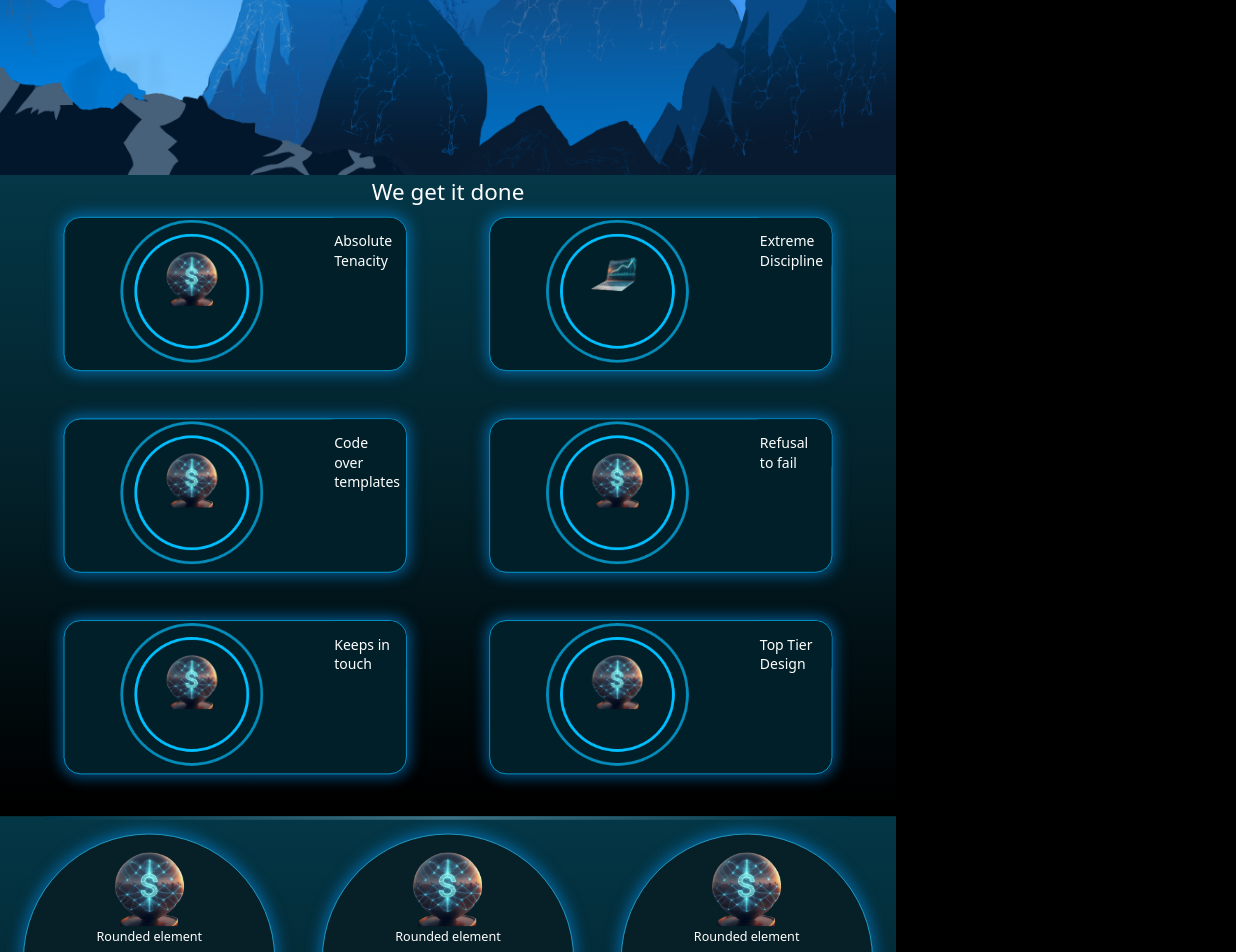
Repository: TMuse333/q3-desings2
Page: /
These files come from the project's save history. The page is drawn as it stood at one moment and after the next save; the edit follows.
The browser window is 1280 px wide. The page is 1766 px wide, so the pictures cover 1766 px, including what lies to the right of the window. The pictures show the part of the page from y = 470 to 1830 px (the page is 2990 px tall before and 2094 px after), at 70% of full size.
The project was rebuilt for these pictures with package versions that can differ from the ones it lists, and the page was loaded fresh each time. Also part of the build but not shown: vite.config.ts.

Above is the page before, as saved 2024-05-11 14:19:41.

### src/main.tsx
import React from 'react'
import ReactDOM from 'react-dom/client'
import App from './App.js'
import './index.css'
import {ContextProvider} from './context/context'

ReactDOM.createRoot(document.getElementById('root')!).render(
  <ContextProvider>
  <React.StrictMode>
    <App />
  </React.StrictMode>
  </ContextProvider>,
)

### src/App.tsx


import './App.css'

import Homepage from './components/homepage/homepage'

function App() {


  return (
    <>
<Homepage/>
    </>
  )
}

export default App

### src/index.css
@tailwind base;
@tailwind components;
@tailwind utilities;

#root{
    background-color: black;
    height:100vh;
}

body{
    background-color: black;
}

button{
    padding:0.5rem 2rem;
    background-color: black;
    color:white;
    border-radius: 1rem;
}

h1{
    color:white;
    font-size: 2rem;
}

p{
    color:white;
    /* font-size: 1.5rem; */
}

button{
    background-color: #00769e;
}

.glow {
    box-shadow: 0 0 20px 5px #3e7384;
    box-shadow: 0 0 20px 5px #003647;
box-shadow: 0 0 20px 5px rgba(2, 148, 245, 0.5);
}

.glow:hover{
    box-shadow: 0 0 40px 5px rgba(2, 148, 245, 0.5);
}

### src/context/context.tsx
import React, { createContext, useState, useContext, ReactNode, useEffect } from 'react';

// Define the type for the context value
interface GeneralContextType {
  textYPosition: number;
  setTextYPosition: React.Dispatch<React.SetStateAction<number>>;
  isMobile: boolean;
  setIsMobile: React.Dispatch<React.SetStateAction<boolean>>;
  setSecondCircleComplete:React.Dispatch<React.SetStateAction<boolean[]>>;
  secondCircleComplete: boolean[];
  isMobile2: boolean;
  setIsMobile2: React.Dispatch<React.SetStateAction<boolean>>;
  handleCircleComplete: (index: number, value: boolean) => void;
}

// Create the context
export const GeneralContext = createContext<GeneralContextType | undefined>(undefined);

// Create a provider component
export const ContextProvider: React.FC<{ children: ReactNode }> = ({ children }) => {
  // Initialize the value state
  const [textYPosition, setTextYPosition] = useState<number>(0);

  // Detect mobile devices
  const [isMobile, setIsMobile] = useState<boolean>(window.innerWidth <= 655);

  const [isMobile2, setIsMobile2] = useState<boolean>(window.innerWidth <= 655);

  const [secondCircleComplete, setSecondCircleComplete] = useState<boolean[]>(
    Array.from({ length: 7 }, () => false)
  );

  const handleCircleComplete = (index: number, value: boolean) => {
    setSecondCircleComplete((prev) => {
      const newState = [...prev]; // Create a copy of the previous state array
      newState[index] = value; // Update the value at the specified index
      return newState; // Return the new state array
    });
  };



  useEffect(() => {
    const handleScroll = () => {
      setIsMobile(window.innerWidth <= 655);
    };
    window.addEventListener('scroll', handleScroll);
    handleScroll();

    return () => {
      window.removeEventListener('scroll', handleScroll);
    };
  }, []);

  useEffect(() => {
    const handleScroll = () => {
      setIsMobile2(window.innerWidth <= 400);
    };
    window.addEventListener('scroll', handleScroll);
    handleScroll();

    return () => {
      window.removeEventListener('scroll', handleScroll);
    };
  }, []);

  useEffect(() => {
    console.log('is mobile', isMobile);
  }, [isMobile]);

  const contextValue = {
    textYPosition,
    setTextYPosition,
    isMobile,
    setIsMobile,
    secondCircleComplete,
    setSecondCircleComplete,
    isMobile2,
    setIsMobile2,
    handleCircleComplete
  };

  return <GeneralContext.Provider value={contextValue}>{children}</GeneralContext.Provider>;
};

export const useGeneralContext = (): GeneralContextType => {
  const context = useContext(GeneralContext);
  if (!context) {
    throw new Error('useGeneralContext must be used within a ContextProvider');
  }
  return context;
};

### src/App.css
#root {
  max-width: 1280px;
  margin: 0 auto;
  padding: 2rem;
  text-align: center;
}

.logo {
  height: 6em;
  padding: 1.5em;
  will-change: filter;
  transition: filter 300ms;
}
.logo:hover {
  filter: drop-shadow(0 0 2em #646cffaa);
}
.logo.react:hover {
  filter: drop-shadow(0 0 2em #61dafbaa);
}

.h1{
  color:red;
}

@keyframes logo-spin {
  from {
    transform: rotate(0deg);
  }
  to {
    transform: rotate(360deg);
  }
}

@media (prefers-reduced-motion: no-preference) {
  a:nth-of-type(2) .logo {
    animation: logo-spin infinite 20s linear;
  }
}

.card {
  padding: 2em;
}

.read-the-docs {
  color: #888;
}

### src/components/homepage/homepage.tsx
import React from "react";
import { CircleInfoGraphic } from "../circleInfographic/circleInfoGraphic";
import Content from "../content/content";
import q3 from '../../media/q3-visuals-logo-2.png'
import TextFormat from "../textFormat/textFormat";

// import { TextParallaxContentExample } from "../parallaxText/parallaxText";
import MultiLayerParallax from "../mountainParallax/mountainParallax";
import ParticlesComponent from "../particles/particles";
import nobgLaptop from '../../media/Gemini_Generated_Image_r055a1r055a1r055-removebg-preview.png'
import moneyBall from '../../media/futuristic-money-ball-removebg-preview.png'
import { description1 } from "../../data/data";
import AlternatingText from "../alternatingText/alternatingText";

import CircleList from "../circleListElement/circleList";
import Carousel from "../carousel/carousel";


const Homepage: React.FC = () => {

    const images = [
        moneyBall,
        nobgLaptop,
        q3
    ]


    // useEffect(() => {
    //     const loadTime = window.performance.timing.loadEventEnd - window.performance.timing.navigationStart;
    //     console.log('Page load time:', loadTime, 'milliseconds');
    // }, []);



    return (
        <section className="absolute top-0 left-0 w-screen">


            {/* <ParticlesComponent/> */}
            <MultiLayerParallax/>

            {/* <TextParallaxContentExample/> */}

            {/* <Content
            mainTitle='Your digital presence is important'
            image={nobgLaptop}
            customText={null}
            reverse={true}
            description={description1}
            floatingImage={true}
            hasAnimation={true}
            />

            <AlternatingText/>

            <Content
            mainTitle='Benefits of a website'
            image={moneyBall}
            customText={<TextFormat
            isAnimated={true}
            reverse={false}/>}
            reverse={false}
            description={null}
            floatingImage={true}
            hasAnimation={true}

            /> */}



<div className="relative bg-gradient-to-b from-[#043747] via-[#032029] to-transparent w-screen">
<CircleList/>
</div>

<div className="relative bg-gradient-to-b from-[#043747] via-[#032029] to-transparent w-screen">

<CircleInfoGraphic/>
</div>


<Carousel images={images}

/>




        </section>
    )
}


export default Homepage

### src/components/circleInfographic/circleInfoGraphic.tsx
import React, {useState,useRef } from "react";
import ball from '../../media/futuristic-money-ball-removebg-preview.png'
import { motion,Variants} from 'framer-motion'
import useIntersectionObserver from "../intersectionObserver/intersectionObserver";
interface CircleProps {
    image:string
}

const CircleElement: React.FC<CircleProps> = ({image}) => {

    const [inView, setInView] = useState<boolean>(false)

    const options = {
        root: null,
        rootMargin: '-25px',
        threshold: 1,
    };

    // Apply intersection observer hook to detect when the component is in view
    const componentRef = useIntersectionObserver(setInView, options);

    const circleVariants:Variants =  {
        initial:{
            opacity:0,
            y:-60
        },
        animate:{
            opacity:1,
            y:0
        }
    }

    return (
        <motion.section
        ref={componentRef}
        variants={circleVariants}
        initial='initial'
        animate={inView ? 'animate' : 'initial'}
         className={`mt-5 mb-5
        rounded-full bg-[#071f26] hover:bg-[#0e3a47]
        mr-auto ml-auto transition-all
        h-[95vw] w-[95vw] border border-[#2dc0eb]
        flex flex-col  shadow-xl max-w-[360px]
        max-h-[360px]
        sm:w-[48vw] sm:h-[48vw]
        lg:w-[32vw] lg:h-[32vw]
        ${inView ? 'glow' : ''}`}>

            <div className="mt-4">
            <img className="w-[35vw]
            max-w-[115px] max-h-[115px] h-[35vw]
            sm:w-[10vw] sm:h-[10vw] object-cover
            mr-auto ml-auto"
            src={image}
            />
            <h1 className="text-3xl sm:text-lm lg:text-lg ">Rounded element</h1>
            <p className=" ml-auto mr-auto text-sm sm:text-xs pr-5 pl-5 pt-2">Lorem ipsum dolor sit amet consectetur, adipisicing elit. Labore, cum vel! Numquam illo ex odio debitis dolore deserunt, iste odit omnis architecto ipsa voluptates at autem consectetur quam, alias delectus!</p>
            </div>
        </motion.section>
    )
}


export const CircleInfoGraphic = () => {

    return (
        <>
          <div className="mt-5
        w-[90vw] h-[5px]
         bg-gradient-to-r from-[#003647] via-[#3e7384] to-[#003647]
        ml-auto mr-auto rounded-[200rem]
        ">

       </div>
        <section className={`flex
         justify-center flex-col items-center
          sm:grid sm:grid-cols-2 lg:grid-cols-3
           gap-4 lg:gap-0 w-screen max-w-[1500px]  ml-auto mr-auto
          `}>
            <CircleElement
            image={ball}/>
             <CircleElement
            image={ball}/>
                  <CircleElement
            image={ball}/>
             <CircleElement
            image={ball}/>
             <CircleElement
            image={ball}/>
                  <CircleElement
            image={ball}/>
        </section>
        <div className="mt-5
        w-[90vw] h-[5px]
         bg-gradient-to-r from-[#003647] via-[#3e7384] to-[#003647]
        ml-auto mr-auto rounded-[200rem]">

       </div>
       </>
    )
}

### src/components/mountainParallax/mountainParallax.tsx
import  { useRef } from "react";
import bottom from '../../media/bottom-mountain.png'

import full from '../../media/no-bg-mountain.png'
import q3 from '../../media/q3-words.png'
import { motion, useScroll, useTransform } from 'framer-motion'

export default function MultiLayerParallax() {
    const ref = useRef(null);
    const { scrollYProgress } = useScroll({
      target: ref,
      offset: ["start start", "end start"],
    });
    const backgroundY = useTransform(scrollYProgress, [0, 1], ["0%", "100%"]);
    const textY = useTransform(scrollYProgress, [0, 1], ["-20%", "200%"]);

    return (
      <div
        ref={ref}
        className="w-full h-screen overflow-hidden relative grid place-items-center"
      >
       {/* <motion.div className="z-10 relative"
         style={{ y: textY }}> */}
        <motion.img
style={{
    y:textY
}}
        src={q3}
          className="relative z-10 b"
        />
        {/* <motion.h1 className="relative z-10"
        style={{
            y:textY
        }}>
            slatry
        </motion.h1> */}


        <motion.p style={{
             y:textY
        }}
         className="text-white text-2xl relative z-10  mt-[-30rem] sm:-mt-[40rem]">Elevating Brands with discipline and creativity
         </motion.p>
         {/* </motion.div> */}


        <motion.div
          className="absolute inset-0 z-0"
          style={{
            backgroundImage: `url(${full})`,
            backgroundPosition: "bottom",
            backgroundSize: "cover",
            y: backgroundY,
          }}
        />
        <div
          className="absolute inset-0 z-20"
          style={{
            backgroundImage: `url(${bottom})`,
            backgroundPosition: "bottom",
            backgroundSize: "cover",
          }}
        />
      </div>
    );
  }

### src/components/circleListElement/circleList.tsx
import React, {useState} from "react";
import AppearingCircle from "../circleContent/appearingCircle";
import ball from '../../media/futuristic-money-ball-removebg-preview.png'
import {motion, Variants} from 'framer-motion'
import { useGeneralContext } from "../../context/context";
import laptop from '../../media/Gemini_Generated_Image_r055a1r055a1r055-removebg-preview.png'
import useIntersectionObserver from "../intersectionObserver/intersectionObserver";

interface CircleProps {
    image:string,
    title: string,
    description:string

    index:number
secondCircleComplete: boolean,
handleCircleComplete: (index: number, value: boolean) => void;
}

const CircleListElement: React.FC<CircleProps> = ({image,title, description,
    handleCircleComplete,secondCircleComplete,index
}) => {

    const [descriptionClicked, setDescriptionClicked] = useState<boolean>(false)

    function handleDescriptionClick() {
        setDescriptionClicked(!descriptionClicked)
    }





    const { isMobile }  = useGeneralContext()

    const headerVariants: Variants = {
        initial:{
            opacity:0,
            y: isMobile ? -20 : 0,
        },
        animate:{
            opacity:1,
            y:0,
            transition:{
                delay: 0.3
            }
        }

    }




    return (
        <div className=" relative flex glow justify-center  md:h-[220px]
        h-[220px] sm:h-[auto]
        md:flex-row w-[calc(100vw-5px)]  md:w-[40vw] sm2:w-[40vw] items-center sm:items-start mb-10 md:mt-3 bg-[#011f29]
        rounded-3xl max-w-[490px] ml-auto mr-auto border border-q-blue">
<AppearingCircle
secondCircleComplete={secondCircleComplete}
handleCircleComplete={handleCircleComplete}
image={image}
index={index}


/>
<section className="relative text-left pr-0 flex flex-col bg-[#011f29] rounded-3xl
h-auto min-h-0 max-h-full   items-center z-1">
<motion.h1
onClick={handleDescriptionClick}
variants={headerVariants}
initial={'initial'}
animate={secondCircleComplete ? 'animate' : 'initial'}
 className="text-white text-xl w-[80px]  ml-auto mr-auto mt-5
 "
>{title}
 </motion.h1>

<p className={`rounded-lg text-left mt-3 pl-3 pr-3 bg-blue-600 transition-height ease-in duration-300 bg-blue-800 ${descriptionClicked ? ' h-[220px] w-[125px] overflow-scroll pt-5 border-2 border-rose-500' : 'h-0 w-[125px]  overflow-hidden pt-0'}`}>
  {description}
</p>
</section>

        </div>
    )
}



const CircleList: React.FC = () => {

    const {secondCircleComplete, handleCircleComplete}
    = useGeneralContext()

    return (
        <>
        <h1>We get it done</h1>
 <section className="relative
         sm2:grid sm2:grid-cols-2 gap-4 max-w-[1200px] ml-auto
         mr-auto justify-center items-center
">
            {/* <div className="-translate-x-5"> */}
            <CircleListElement
            handleCircleComplete={handleCircleComplete}
            secondCircleComplete={secondCircleComplete[0]}
        index={0}
            image={ball}
            title='Absolute Tenacity'
            description='Be a man of your word'
            />
            {/* </div> */}
            <CircleListElement
            secondCircleComplete={secondCircleComplete[1]}
            handleCircleComplete={handleCircleComplete}
            index={1}
            image={laptop}

            title='Extreme Discipline'
            description='Gym. Code. Quantum Realm. Repeat'
            />

            <CircleListElement
            secondCircleComplete={secondCircleComplete[2]}
            handleCircleComplete={handleCircleComplete}
            index={2}
            image={ball}
            title='Code over templates'
            description='We are not template using pussies we write banging code'
            />

            <CircleListElement
            secondCircleComplete={secondCircleComplete[3]}
            handleCircleComplete={handleCircleComplete}
            index={3}
            image={ball}
            title='Refusal to fail'
            description='Gym. Code. Quantum Realm. Repeat'
            />

<CircleListElement
secondCircleComplete={secondCircleComplete[4]}
handleCircleComplete={handleCircleComplete}
index={4}
            image={ball}
            title='Keeps in touch'
            description='We are not template using pussies we write banging code'
            />

            <CircleListElement
            secondCircleComplete={secondCircleComplete[5]}
            handleCircleComplete={handleCircleComplete}
            index={5}
            image={ball}
            title='Top Tier Design'
            description='Gym. Code. Quantum Realm. Repeat'
            />



        </section>
        </>
    )
}

export default CircleList

### src/components/carousel/carousel.tsx
import React, {useState} from 'react'
import { ChevronLeft, ChevronRight } from "react-feather";

interface CarouselProps {
    images:string[]
}


const Carousel:React.FC<CarouselProps> = ({images}) =>{

    const [imageIndex, setImageIndex] = useState<number>(0)

    const handleNext = () => {
        setImageIndex((prevIndex) => (prevIndex + 1) % images.length);
        console.log('image index',imageIndex)
      };

      const handlePrev = () => {
        setImageIndex((prevIndex) => (prevIndex - 1 + images.length) % images.length);
      };

    return (
        <>

        <div className='w-screen  z-3
flex
justify-center items-center'>


        <section className=' relative w-[500px] bg-red-300
        h-[400px]   '>
            slat



            <div className='flex   relative '
             >
                {images.map((image,index) => (
                    <img src={image}
                    key={index}
                    className='transition-transform
                    h-[500px]
                    border border-white
                    '
                    style={{
                        transform:`translateX(-${imageIndex * 150}%)`
                    }}

                    />
                ))}
                    <div className=' w-[100%]
                    flex flex-row justify-between
                    top-[50%]'>



                <button className='bg-transparent absolute
                left-[0%] top-[50%] p-0'>
                    <ChevronLeft
                    onClick={handlePrev}
                    size={40}/>
                </button>

                <button className='bg-transparent absolute
                right-[0%] top-[50%] p-0'>
                 <ChevronRight
                 onClick={handleNext}
                 size={40}/>
                </button>
            </div>
            </div>
        </section>
        </div>
            </>

    )
}

export default Carousel

### src/components/intersectionObserver/intersectionObserver.tsx
import { useEffect, useRef, Dispatch, SetStateAction } from "react";

interface IntersectionObserverOptions {
  root: Element | null;
  rootMargin?: string;
  threshold?: number | number[];
}

const useIntersectionObserver = (
  setInView: Dispatch<SetStateAction<boolean>>,
  options: IntersectionObserverOptions
) => {
  const componentRef = useRef<HTMLDivElement>(null);

  useEffect(() => {
    const observer = new IntersectionObserver(([entry]) => {
      // Update the state based on whether the component is in view
      if (entry.isIntersecting) {
        setInView(true);
        observer.disconnect();
      }
    }, options);

    if (componentRef.current) {
      observer.observe(componentRef.current);
    }

    return () => {
      if (componentRef.current) {
        observer.unobserve(componentRef.current);
      }
    };
  }, [setInView, options]);

  return componentRef;
};

export default useIntersectionObserver;

Loaded but not shown: index.html (common file); tailwind.config.js (21 lines, source omitted); src/components/circleContent/appearingCircle.tsx (297 lines, source omitted)

After the next save:
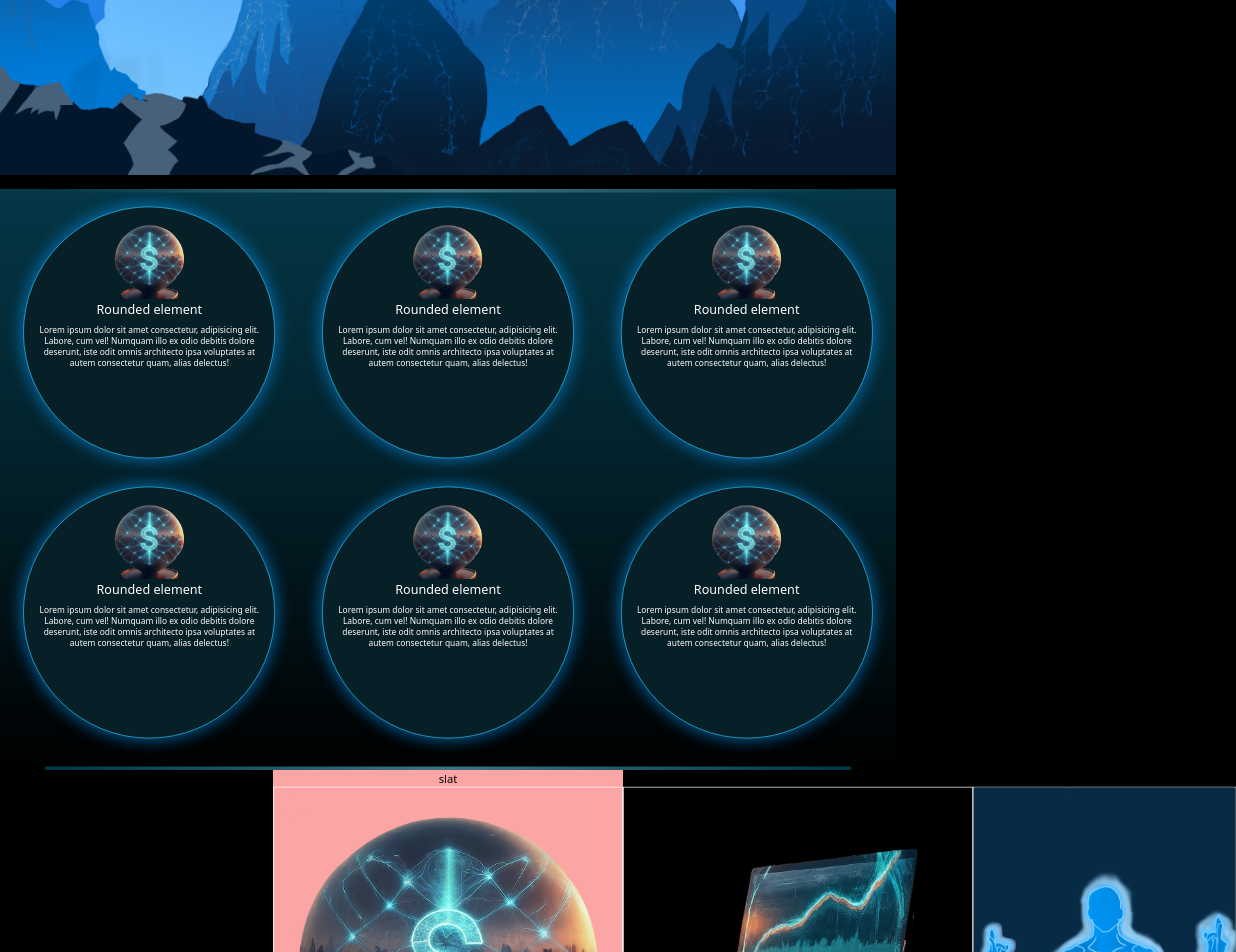
Saved 12 s later.
--- a/src/components/homepage/homepage.tsx
+++ b/src/components/homepage/homepage.tsx
@@ -68,9 +68,9 @@ const Homepage: React.FC = () => {
 
 
 
-<div className="relative bg-gradient-to-b from-[#043747] via-[#032029] to-transparent w-screen">
+{/* <div className="relative bg-gradient-to-b from-[#043747] via-[#032029] to-transparent w-screen">
 <CircleList/>
-</div>
+</div> */}
 
 <div className="relative bg-gradient-to-b from-[#043747] via-[#032029] to-transparent w-screen">
 
